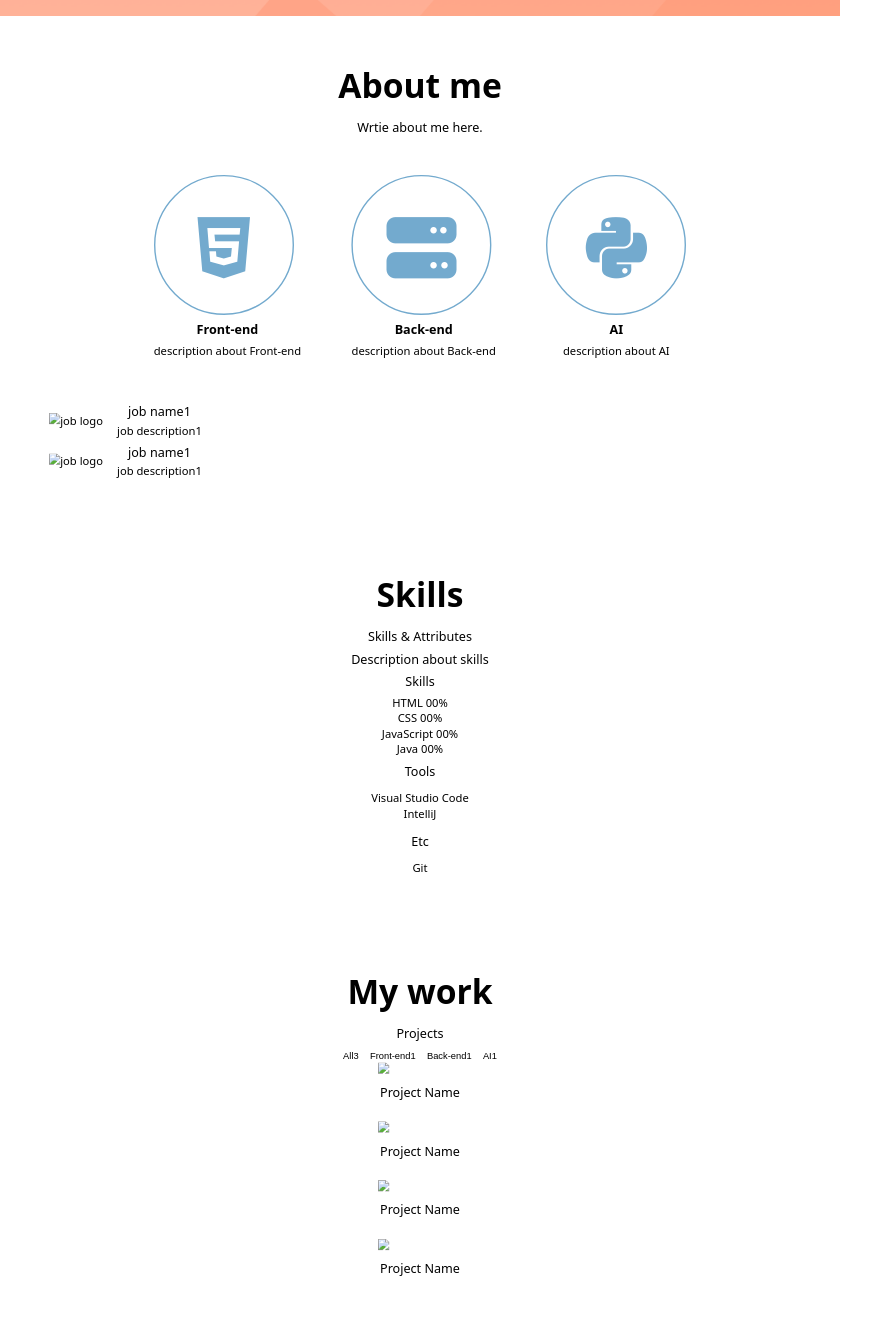
Repository: YEOMJINSEOP/yeomjinseop.github.io
Page: index.html
An editor plug-in stored every save of this project. The page is shown before and after the next save, followed by the edit.
The browser window is 1280 px wide. The pictures show the part of the page from y = 577 to 2497 px (the page is 3157 px tall before and 3143 px after), at 70% of full size.
Some web libraries are served in a nearby version.

Above is the page before, as saved 2022-08-14 14:18:15.

### index.html
<!DOCTYPE html>
<html lang="en">
<head>
  <meta charset="UTF-8">
  <meta http-equiv="X-UA-Compatible" content="IE=edge">
  <meta name="viewport" content="width=device-width, initial-scale=1.0">
  <title>Jinseop's Portfolio</title>
  <meta name="author" content="Jinseop Yeom">
  <meta name="description" content="Portfolio Website For Jinseop Yeom">

  <!--Logo Image-->
  <link rel="icon" type="image/png" href="images/favicon.png">


  <!--Font Awesome-->
  <script src="https://kit.fontawesome.com/d24b25bb21.js" crossorigin="anonymous"></script>

  <!--Google Fonts-->
  <link rel="preconnect" href="https://fonts.googleapis.com">
  <link rel="preconnect" href="https://fonts.gstatic.com" crossorigin>
  <link href="https://fonts.googleapis.com/css2?family=Open+Sans:wght@400;600;700&display=swap" rel="stylesheet">

  <!--CSS-->
  <link rel="stylesheet" href="style.css">

  <!--JavaScript-->
  <script src="main.js" defer></script>

</head>
<body>
  <!--Navbar-->
  <nav id="navbar">
    <div class="navbar__logo">
      <i class="fa-solid fa-utensils"></i>
      <a href="#">Yeom JinSeop</a>
    </div>
    <div>
      <ul class="navbar__menu">
        <li class="navbar__menu__item active">Home</li>
        <li class="navbar__menu__item">About</li>
        <li class="navbar__menu__item">Skill</li>
        <li class="navbar__menu__item">My work</li>
        <li class="navbar__menu__item">Testimonial</li>
        <li class="navbar__menu__item">Contact</li>
      </ul>
    </div>
  </nav>

  <!-- Home -->
  <section id="home" class="section">
    <img src="/images/whileimage.png" alt="Jinseop's image" class="home__avatar">
    <h1 class="home__title">Welcome! <br/> Jinseop's Portfolio</h1>
    <h3 class="home__description">Type Home Description Here.</h3>
    <button class="home__button">Contact Me</button>
  </section>

  <!--About-->
  <section id="about" class="section">
    <h1>About me</h1>
    <p>Wrtie about me here.</p>

    <div class="about__majors">
      <div class="about__majors">
      <div class="major">
        <div class="major__icon">
          <i class="fa-brands fa-html5"></i>
        </div>
        <div class="major__title">
          Front-end
        </div>
        <div class="major__description">
          description about Front-end
        </div>
      </div>

      <div class="major">
        <div class="major__icon">
          <i class="fa-solid fa-server"></i>
        </div>
        <div class="major__title">
          Back-end
        </div>
        <div class="major__description">
          description about Back-end
        </div>
      </div>


      <div class="major">
        <div class="major__icon">
          <i class="fa-brands fa-python"></i>
        </div>
        <div class="major__title">
          AI
        </div>
        <div class="major__description">
          description about AI
        </div>
      </div>
    </div>
  </div>

    <div class="about__jobs">
      <div class="job">
        <img src="" alt="job logo" class="job__logo">
        <div class="job__info">
          <p class="job__name">job name1</p>
          <p class="job__description">job description1</p>
        </div>
      </div>
      <div class="job">
        <img src="" alt="job logo" class="job__logo">
        <div class="job__info">
          <p class="job__name">job name1</p>
          <p class="job__description">job description1</p>
        </div>
      </div>
    </div>
  </section>

  <!--Skills-->
  <section id="skills" class="section">
    <h1>Skills</h1>
    <h3>Skills & Attributes</h3>
    <p>Description about skills</p>
    <div class="skillset">
      <div class="skillset__left">
        <h3 class="skillset__title">Skills</h3>
        <div class="skill">
          <div class="skill_description">
            <span>HTML</span>
            <span>00%</span>
          </div>

          <div class="skill__bar">
            <div class="skill__value"></div>
          </div>
        </div>

        <div class="skill">
          <div class="skill_description">
            <span>CSS</span>
            <span>00%</span>
          </div>

          <div class="skill__bar">
            <div class="skill__value"></div>
          </div>

          <div class="skill">
            <div class="skill_description">
              <span>JavaScript</span>
              <span>00%</span>
            </div>

            <div class="skill__bar">
              <div class="skill__value"></div>
            </div>
          </div>
        </div>

        <div class="skill">
          <div class="skill_description">
            <span>Java</span>
            <span>00%</span>
          </div>

          <div class="skill__bar">
            <div class="skill__value"></div>
          </div>
        </div>
      </div>
      <div class="skillset_right">
        <div class="tools">
          <h3 class="skillset__title">Tools</h3>
          <ul class="tools_list">
            <li><span>Visual Studio Code</span></li>
            <li><span>IntelliJ</span></li>
          </ul>
        </div>

        <div class="etc">
          <h3 class="skillset__title">Etc</h3>
          <ul class="etc__list">
            <li><span>Git</span></li>
          </ul>
        </div>

      </div>
    </div>
  </section>

  <!--Work-->
  <section id="work" class="section">
    <h1>My work</h1>
    <h3>Projects</h3>
    <div class="work__categories">
      <button class="category__btn">All<span class="category__count">3</span></button>
      <button class="category__btn">Front-end<span class="category__count">1</span></button>
      <button class="category__btn">Back-end<span class="category__count">1</span></button>
      <button class="category__btn">AI<span class="category__count">1</span></button>
    </div>

    <div class="work__projects">
      <a href="#" class="project" target="blank">
        <img src="" alt="project image" class="project__image">
        <div class="project__description">
          <h3>Project Name</h3>
          <span>Description about Project</span>
        </div>
      </a>

      <a href="#" class="project" target="blank">
        <img src="" alt="project image" class="project__image">
        <div class="project__description">
          <h3>Project Name</h3>
          <span>Description about Project</span>
        </div>
      </a>

      <a href="#" class="project" target="blank">
        <img src="" alt="project image" class="project__image">
        <div class="project__description">
          <h3>Project Name</h3>
          <span>Description about Project</span>
        </div>
      </a>

      <a href="#" class="project" target="blank">
        <img src="" alt="project image" class="project__image">
        <div class="project__description">
          <h3>Project Name</h3>
          <span>Description about Project</span>
        </div>
      </a>
    </div>
  </section>

  <!--Testimonial-->
  <section id="testimonial" class="section">
    <h1>Testimonial</h1>
    <h3>See What They Say About Me</h3>
    <div class="testimonials">
      <div class="testimonial">
        <img src="" alt="Person Image" class="testimonial__avatar">
        <div class="testimonial__speech_bubble">
          <p>Recommendation Talk Here.</p>
          <p class="name"><a href="#">Professor A</a></p>
        </div>
      </div>

      <div class="testimonial">
        <img src="" alt="Person Image" class="testimonial__avatar">
        <div class="testimonial__speech_bubble">
          <p>Recommendation Talk Here.</p>
          <p class="name"><a href="#">Professor A</a></p>
        </div>
      </div>
    </div>
  </section>

  <!--Contact-->
  <section id="contact" class="section">
    <h1>Let's Talk</h1>
    <h3>yeom_123@naver.com</h3>
    <div class="contact_links">
      <a href="#" target="blank">
        <i class = "fab fa-github"></i>
      </a>

      <a href="#" target="blank">
        <i class = "fa fa-linkedin-square"></i>
      </a>
    </div>
    <p class="contact_rights">
      2022 YEOM JINSEOP - All rights reserved
    </p>
  </section>
</body>
</html>

### style.css
 /* Global */

 :root{
  /* Color */
  --color-white: #ffffff;
  --color-light-white: #eeeeee;
  --color-dark-whtie: #bdbdbd;
  --color-pink: #fe918d;
  --color-dark-pink: #ff6863;
  --color-black: #4d4d4d;
  --color-grey: #616161;
  --color-light-gray: #7c7979;
  --color-blue: #73aace;
  --color-yellow: #fff7d1;
  --color-orange: #feb546;
  --color-black: #000000;

  /* Font size */
  --font-large: 48px;
  --font-medium: 28px;
  --font-regular: 18px;
  --font-small: 16px;
  --font-micro: 14px;


  /* Font Weight */
  --weight-bold: 700;
  --weight-semi-bold: 600;
  --weight-regular: 400;

  /* Size */
  --size-border-radius: 4px;

 }

 /* Universal tages */
 * {
  box-sizing: border-box;
 }

 body{
  margin: 0;
  font-family:system-ui, -apple-system, BlinkMacSystemFont, 'Segoe UI', Roboto, Oxygen, Ubuntu, Cantarell, 'Open Sans', 'Helvetica Neue', sans-serif;
  cursor: default;
}

 a{
  text-decoration: none;
  color: var(--color-white);
 }

 ul{
  list-style: none;
  padding-left: 0;
 }

 button{
  background-color: transparent;
  border: none;
  cursor: pointer;
 }



 /* Typography */

 h1{
  font-size: var(--font-large);
  font-weight: var(--weight-bold);
  color: var(--color-black);
  margin: 16px 0;
 }

 h2{
  font-size: var(--font-medium);
  font-weight: var(--weight-semi-bold);
  color: var(--color-black);
  margin: 8px 0;
 }

 h3{
  font-size: var(--font-regular);
  font-weight: var(--weight-regular);
  color: var(--color-black);
  margin: 8px 0;
 }

 p{
  font-size: var(--font-regular);
  font-weight:  var(--font-regular);
  color: var(--color-black);
  margin: 4px 0;
 }

 /* Body  */

 /* Nav */
 #navbar{
  display: flex;
  justify-content: space-between;
  align-items: center;
  background-color: var(--color-pink);
  color: var(--color-white);
  padding: 16px;
 }

 .navbar__logo{
  font-size: var(--font-medium);
  font-weight: var(--weight-semi-bold);
  padding: 8px 12px;
 }

 .navbar__menu{
  display: flex;
  font-size: var(--font-small);
  font-weight: var(--weight-regular);
 }

 .navbar__menu__item.active{
  border: 1px solid white;
 }

 .navbar__menu__item{
  padding: 8px 12px;
  margin: 0 4px;
  border-radius: var(--size-border-radius);
  cursor: pointer;
 }

 .navbar__menu__item:hover{
  background-color: var(--color-dark-pink);
 }

 /* Home */

 #home{
  background-image: url('/images/homebackground.png');
  background-position: center;
  background-repeat: no-repeat;
  background-size: cover;
  padding: 40px;
  text-align: center;
 }

 .home__avatar{
  border: 2px solid var(--color-white);
  border-radius: 50%;
  width: 200px;
  height: 200px;
 }

 .home__title,
 .home__description{
  font-size: var(--font-medium);
  color: var(--color-white);
  padding: 4px;
 }

 .home__button{
  border: 1px solid var(--color-white);
  padding: 8px 12px;
  margin-top: 8px;
  color: var(--color-white);
 }

.home__button:hover{
  background-color: var(--color-dark-pink);
}

/* Section Common */
.section{
  padding: 50px;
  text-align: center;
  max-width: 1200px;
}

/* About */

.about__majors{
  display: flex;
  justify-content: center;
  margin: 8px 12px;
  padding: 12px;
}

.major{
  margin: 8px 24px;
}

.major__icon{
  height: 200px;
  width: 200px;
  font-size: 100px;
  line-height: 200px;
  border: 2px solid var(--color-blue);
  border-radius: 50%;
  color: var(--color-blue);
  margin: 8px 12px;
  transition: all 300ms linear;
}

.major__icon:hover{
  color: var(--color-orange);
  border-color: var(--color-orange);
}

.major__icon:hover i{
  transform: scale(120%);
}


.major__title{
  font-size: var(--font-regular);
  font-weight: var(--weight-semi-bold);
}

.major__description{
  margin: 8px 12px;
}

.about__jobs{
  margin: 12px 0;
}

.job{
  display: flex;
  align-items: center;
}

.job__logo{
  padding: 8px;
  margin: 4px 12px;
}

.job__name{
  font-size: var(--font-regular);
}

.job__description{
  font-size: var(--font-small);
}

Loaded but not shown: main.js (no copy from this time; the picture is the same without it)

After the next save:
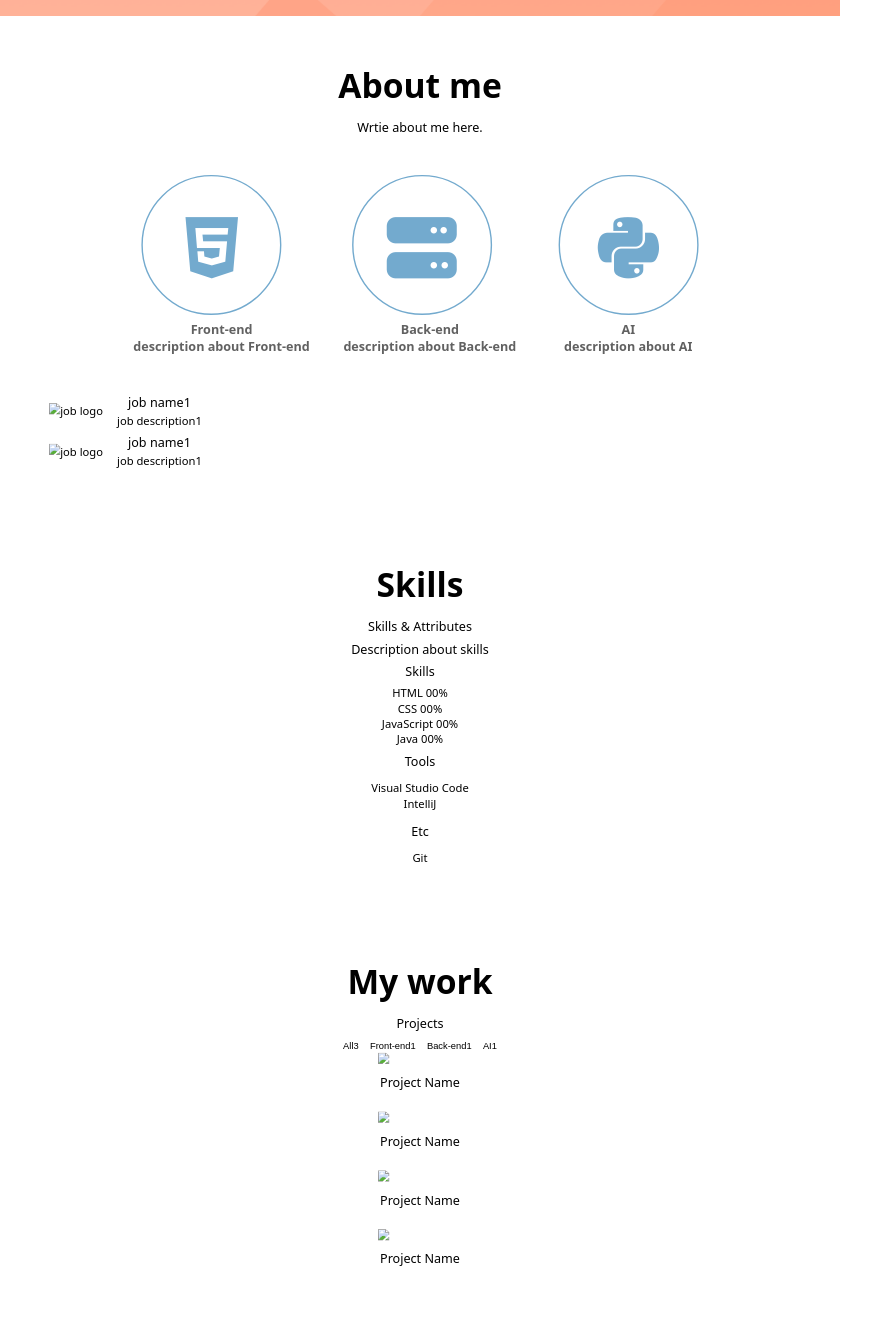
Saved 4 min 24 s later.
--- a/style.css
+++ b/style.css
@@ -209,14 +209,13 @@
 }
 
 
-.major__title{
+.major__title,
+.major__description {
   font-size: var(--font-regular);
   font-weight: var(--weight-semi-bold);
-}
-
-.major__description{
-  margin: 8px 12px;
-}
+  color:var(--color-grey);
+}
+
 
 .about__jobs{
   margin: 12px 0;
